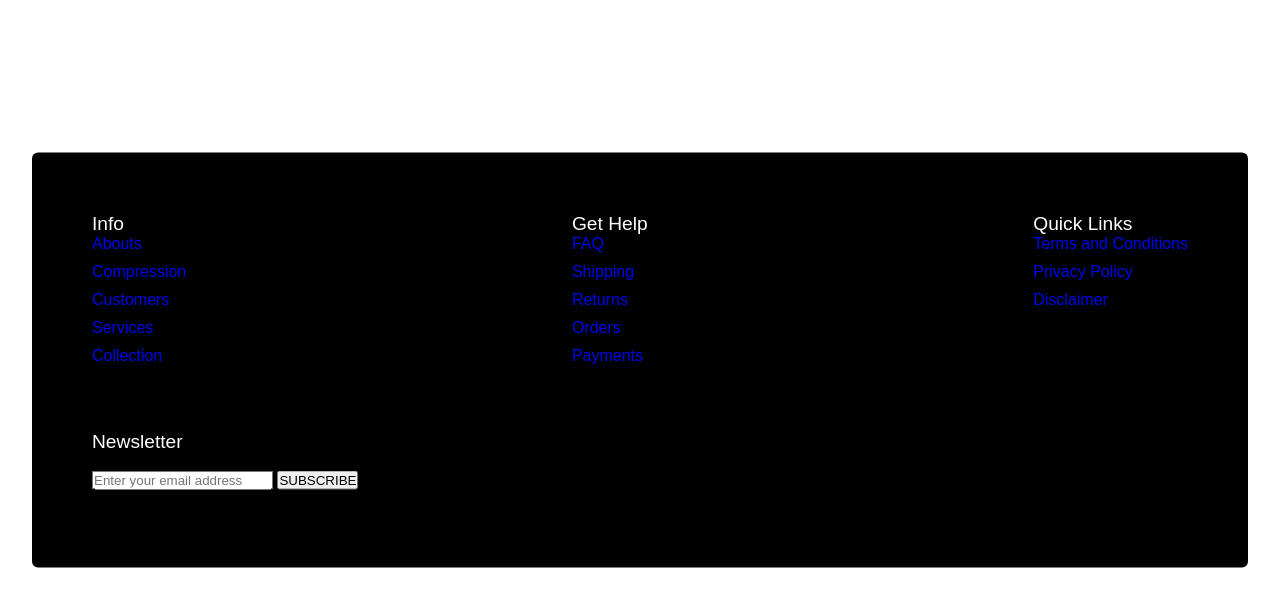
Repository: syni18/responsive_footer
Page: index.html
The author's editor kept a copy of each file at every save. The page is drawn from the files as they stood at one save, then again after the next save.
The browser window is 1280 px wide. The pictures show the whole page.
Some web libraries are served in a nearby version.

Above is the page before, as saved 2023-11-03 17:17:26.

### index.html
<!DOCTYPE html>
<html lang="en">
<head>
    <meta charset="UTF-8">
    <meta name="viewport" content="width=device-width, initial-scale=1.0">
    <link rel="stylesheet" href="https://cdnjs.cloudflare.com/ajax/libs/font-awesome/6.4.2/css/all.in.css">
    <link rel="stylesheet" href="style.css">
    <title>Responsive footer</title>
</head>
<body>
    <section class="footer">
        <div class="footer-row">
            <div class="footer-col">
                <h4>Info</h4>
                <ul class="links">
                    <li><a href="#">Abouts</a></li>
                    <li><a href="#">Compression</a></li>
                    <li><a href="#">Customers</a></li>
                    <li><a href="#">Services</a></li>
                    <li><a href="#">Collection</a></li>
                </ul>
            </div>

            <div class="footer-col">
                <h4>Get Help</h4>
                <ul class="links">
                    <li><a href="#">FAQ</a></li>
                    <li><a href="#">Shipping</a></li>
                    <li><a href="#">Returns</a></li>
                    <li><a href="#">Orders</a></li>
                    <li><a href="#">Payments</a></li>
                </ul>
            </div>

            <div class="footer-col">
                <h4>Quick Links</h4>
                <ul class="links">
                    <li><a href="#">Terms and Conditions</a></li>
                    <li><a href="#">Privacy Policy</a></li>
                    <li><a href="#">Disclaimer</a></li>
                </ul>
            </div>

            <div class="footer-col">
                <h4>Newsletter</h4>
                <p>
                    Subscribe to our newsletter for a weekly dose of news, updates, helpful tips, and exclusive offers.
                </p>
                <form action="#">
                    <input type="email" name="email" id="email" placeholder="Enter your email address">
                    <button type="submit">SUBSCRIBE</button>
                </form>
                <div class="icons">
                    <i class="fa-brands fa-facebook"></i>
                    <i class="fa-brands fa-twitter"></i>
                    <i class="fa-brands fa-instagram"></i>
                    <i class="fa-brands fa-youtube"></i>
                </div>
            </div>
        </div>
    </section>
</body>
</html>

### style.css
*{
    margin: 0;
    padding: 0;
    box-sizing: border-box;
    font-family: sans-serif;
}
.footer{
    position: absolute;
    top: 50%;
    left: 50%;
    transform: translate(-50%, -50%);
    max-width: 1280px;
    width: 95%;
    background: #000;
    border-radius: 6px;
}
.footer .footer-row{
    display: flex;
    flex-wrap: wrap;
    justify-content: space-between;
    gap: 3.5rem;
    padding: 60px;
}
.footer-row .footer-col h4 {
    color: #fff;
    font-size: 1.2rem;
    font-weight: 400;
}
.footer-col .links li{
    list-style: none;
    margin-bottom: 10px;
}
.footer-col .links li a {
    text-decoration: none;
    color: #;
}

After the next save:
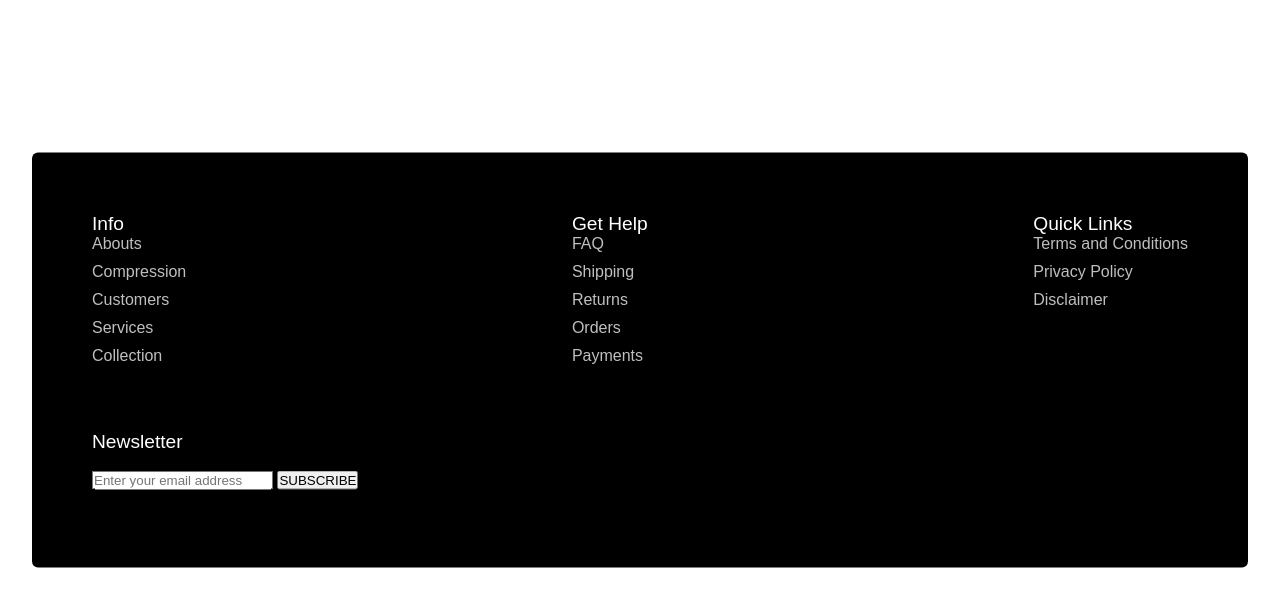
Saved 4 s later.
--- a/style.css
+++ b/style.css
@@ -32,5 +32,5 @@
 }
 .footer-col .links li a {
     text-decoration: none;
-    color: #;
+    color: #bfbfbf;
 }
